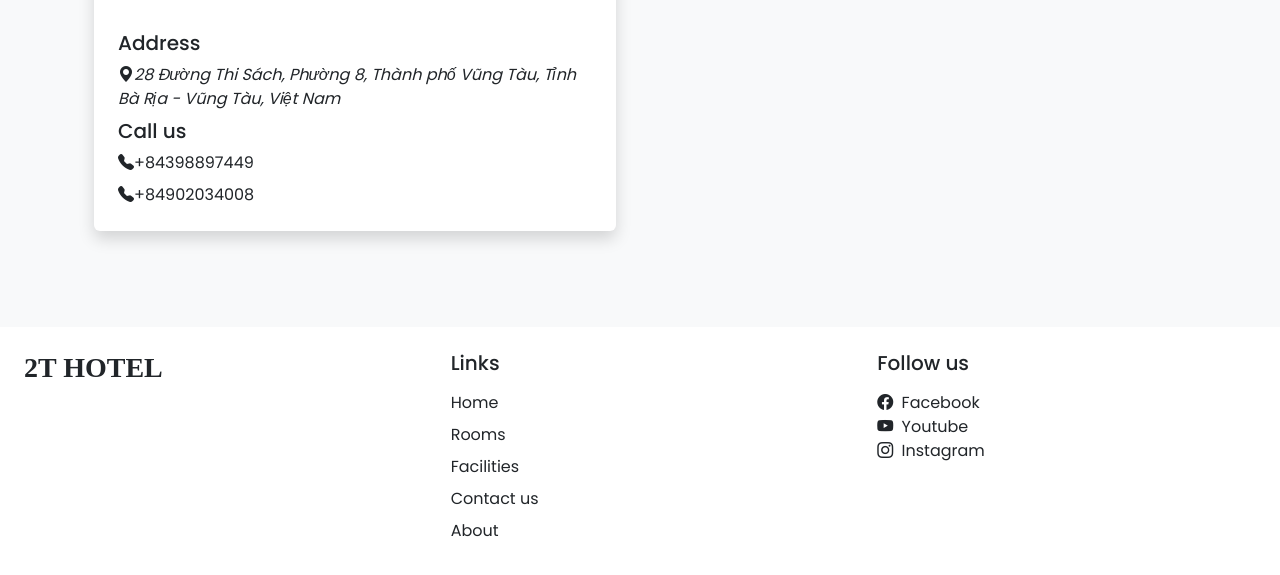
Repository: TaTongThanh2003/DoAnCoSo2024_BookingHotelWebsite
Page: http://localhost/WebsiteBookingHotel/contact.php
The author's editor kept a copy of each file at every save. The page is drawn from the files as they stood at one save, then again after the next save.
The browser window is 1280 px wide. The pictures show the part of the page from y = 604 to 1195 px (the page is 1179 px tall before and 1195 px after).
Some web fonts or font styles are not loaded; a fallback is used. The page is run by PHP 8.4 with error messages shown; the project is at /var/www/html/.

Above is the page before, as saved 2024-03-22 14:37:48.

### WebsiteBookingHotel/contact.php
<!DOCTYPE html>
<html lang="en">

<head>
    <meta charset="UTF-8">
    <meta http-equiv="X-UA-Compatible" content="IE-edge">
    <meta name="viewport" content="width=device-width, initial-scale=1.0">
    <title>2T Hotel - CONTACT</title>
    <?php require('inc/links.php'); ?>
    <style>
    .pop:hover {
        border-top-color: var(--teal) !important;
        transform: scale(1.03);
        transition: all 0.3s;
    }
    </style>
    <link rel="stylesheet" href="https://cdn.jsdelivr.net/npm/swiper@11/swiper-bundle.min.css" />
    <style>
    @media screen and (max-width: 575px) {
        .availability-form {
            margin: 25px;
            padding: 0 35px;
        }
    }
    </style>
</head>

<body class="bg-light">
    <?php require('inc/header.php'); ?>

    <div class="my-5 px-4">
        <h2 class="fw-bold h-font text-center">CONTACT US</h2>
        <div class="h-line bg-dark"></div>
        <p>Lorem ipsum dolor sit amet consectetur adipisicing elit. Earum quae tempora placeat commodi nulla ipsam
            laborum quo <br> rerum autem nobis dolorum delectus at porro iste, odio rem? Ipsa, eos!</p>
    </div>
    <div class="container">
        <div class="row">
            <div class="col-lg-6 col-md-6 mb-5 px-4">
                <div class="bg-white rounded shadow p-4 ">
                    <iframe
                        src="https://www.google.com/maps/embed?pb=!1m18!1m12!1m3!1d1387.4586037672818!2d107.14647667339156!3d10.395697334627467!2m3!1f0!2f0!3f0!3m2!1i1024!2i768!4f13.1!3m3!1m2!1s0x31756fd4554f0cf5%3A0xb24fd23bf641fa40!2zVsWpbmcgVMOgdSwgQsOgIFLhu4thIC0gVsWpbmcgVMOgdSwgVmnhu4d0IE5hbQ!5e0!3m2!1svi!2s!4v1710661690680!5m2!1svi!2s"
                        class="w-100 rounded mb-4" height="320px" loading="lazy"
                        referrerpolicy="no-referrer-when-downgrade"></iframe>
                    <h5>Address</h5>
                    <a href="https://maps.app.goo.gl/TkpwJFueXijHawj1A" target="_blank"
                        class="d-inline-block text-decoration-none text-dark mb-2">
                        <i class="bi bi-geo-alt-fill">28 Đường Thi Sách, Phường 8, Thành phố Vũng Tàu,
                            Tỉnh Bà Rịa - Vũng Tàu, Việt Nam</i>
                    </a>
                    <h5>Call us</h5>
                    <a href="tel: +84398897449" class="d-inline-block mb-2 text-decoration-none text-dark">
                        <i class="bi bi-telephone-fill"></i>+84398897449
                    </a>
                    <br>
                    <a href="tel: +84902034008" class="d-inline-block text-decoration-none text-dark">
                        <i class="bi bi-telephone-fill"></i>+84902034008
                    </a>
                </div>
            </div>
            <div class="col-lg-6 col-md-6 mb-5 px-4">
                <div class="bg-white rounded shadow p-4 border-top border-4 border-dark pop">
                    <div class="d-flex align-items-center mb-2">
                        <img src="images/facilities/Wifi.svg" alt="" width="40px">
                        <h5 class="m-0 ms-3">Wifi</h5>
                    </div>
                    <p>Lorem ipsum dolor sit amet, consectetur <br> adipisicing elit. Obcaecati totam suscipit fugit
                        rerum
                        dolorem temporibus?</p>
                </div>
            </div>

        </div>
    </div>

    <!-- footer -->
    <?php require('inc/footer.php'); ?>




    <!-- <script src="https://cdn.jsdelivr.net/npm/swiper@11/swiper-bundle.min.js"></script>
    <script src="https://cdn.jsdelivr.net/npm/bootstrap@5.3.3/dist/js/bootstrap.bundle.min.js"
        integrity="sha384-YvpcrYf0tY3lHB60NNkmXc5s9fDVZLESaAA55NDzOxhy9GkcIdslK1eN7N6jIeHz" crossorigin="anonymous">
    </script> -->
    <!-- <script>
    var swiper = new Swiper(".swiper-container", {
        spaceBetween: 30,
        effect: "fade",
        loop: true,
        autoplay: {
            delay: 3500,
            disableOnInteraction: false,
        }
    });
    var swiper = new Swiper(".swiper-testimonials", {
        effect: "coverflow",
        grabCursor: true,
        centeredSlides: true,
        slidesPerView: "auto",
        slidesPerView: "3",
        loop: true,
        coverflowEffect: {
            rotate: 50,
            stretch: 0,
            depth: 100,
            modifier: 1,
            slideShadows: false,
        },
        pagination: {
            el: ".swiper-pagination",
        },
        breakpoints: {
            320: {
                slidesPerView: 1,
            },
            640: {
                slidesPerView: 1,
            },
            768: {
                slidesPerView: 2,
            },
            1024: {
                slidesPerView: 3,
            },
        }
    });
    </script> -->
</body>

</html>

### WebsiteBookingHotel/inc/links.php
<link href="https://cdn.jsdelivr.net/npm/bootstrap@5.3.3/dist/css/bootstrap.min.css" rel="stylesheet"
    integrity="sha384-QWTKZyjpPEjISv5WaRU9OFeRpok6YctnYmDr5pNlyT2bRjXh0JMhjY6hW+ALEwIH" crossorigin="anonymous">
<link href="https://fonts.googleapis.com/css2?family=Merienda:wght@400;700&family=Poppins:wght@400;500;600&display=swap"
    rel="stylesheet">
<link rel="stylesheet" href="https://cdn.jsdelivr.net/npm/bootstrap-icons@1.11.3/font/bootstrap-icons.min.css">
<link rel="stylesheet" href="css/common.css">

### WebsiteBookingHotel/inc/header.php
<nav class="navbar navbar-expand-lg navbar-light bg-white px-lg-3 py-lg-2 shadow-sm sticky-top">
    <div class="container-fluid">
        <a class="navbar-brand me-5 fw-bold fs-3 h-font" href="index.php">2T Hotel</a>
        <button class="navbar-toggler shadow-none" type="button" data-bs-toggle="collapse"
            data-bs-target="#navbarSupportedContent" aria-controls="navbarSupportedContent" aria-expanded="false"
            aria-label="Toggle navigation">
            <span class="navbar-toggler-icon"></span>
        </button>
        <div class="collapse navbar-collapse" id="navbarSupportedContent">
            <ul class="navbar-nav me-auto mb-2 mb-lg-0">
                <li class="nav-item">
                    <a class="nav-link active" aria-current="page" href="index.php">Home</a>
                </li>
                <li class="nav-item">
                    <a class="nav-link" href="#">Rooms</a>
                </li>
                <li class="nav-item">
                    <a class="nav-link" href="facilities.php">Facilities</a>
                </li>
                <li class="nav-item">
                    <a class="nav-link" href="contact.php">Contact us</a>
                </li>
                <li class="nav-item">
                    <a class="nav-link" href="about.php">About</a>
                </li>
            </ul>
            <div class="d-flex">
                <button type="button" class="btn btn-outline-dark shadow-none me-lg-3 me-2" data-bs-toggle="modal"
                    data-bs-target="#loginModal">
                    Login
                </button>
                <button type="button" class="btn btn-outline-dark shadow-none " data-bs-toggle="modal"
                    data-bs-target="#registerModal">
                    Register
                </button>
            </div>
        </div>
    </div>
</nav>

<!-- login -->
<div class="modal fade" id="loginModal" data-bs-backdrop="static" data-bs-keyboard="false" tabindex="-1"
    aria-labelledby="staticBackdropLabel" aria-hidden="true">
    <div class="modal-dialog">
        <div class="modal-content">
            <form>
                <div class="modal-header">
                    <h5 class="modal-title d-flex align-item-center">
                        <i class="bi bi-person-circle fs-5 me-2"></i> User login
                    </h5>
                    <button type="reset" class="btn-close shadow-none" data-bs-dismiss="modal"
                        aria-label="Close"></button>
                </div>
                <div class="modal-body">
                    <div class="mb-3">
                        <label class="form-label">Email address</label>
                        <input type="email" class="form-control shadow-none">
                    </div>
                    <div class="mb-4">
                        <label class="form-label">Password</label>
                        <input type="password" class="form-control shadow-none">
                    </div>
                    <div class="d-flex align-items-center justify-content-between mb-2">
                        <button type="submit" class="btn btn-dark shadow-none">LOGIN</button>
                        <a href="javascript: void(0)" class="text-secondary text-decoration-none">Forgot
                            Password?</a>
                    </div>
                </div>
            </form>
        </div>
    </div>
</div>

<!-- Register -->
<div class="modal fade" id="registerModal" data-bs-backdrop="static" data-bs-keyboard="false" tabindex="-1"
    aria-labelledby="staticBackdropLabel" aria-hidden="true">
    <div class="modal-dialog modal-lg">
        <div class="modal-content">
            <form>
                <div class="modal-header">
                    <h5 class="modal-title d-flex align-item-center">
                        <i class="bi bi-person-lines-fill fs-5 me-2"></i>
                        User Registration
                    </h5>
                    <button type="reset" class="btn-close shadow-none" data-bs-dismiss="modal"
                        aria-label="Close"></button>
                </div>
                <div class="modal-body">
                    <span class="badge rounded-pill bg-light text-dark mb-3 text-wrap lh-base">
                        Note: Your details must match with your ID (Aadhar card, passport, driving license, etc.)
                        that will be required dring check-in.
                    </span>
                    <div class="container-fluid">
                        <div class="row">
                            <!-- Name -->
                            <div class="col-md-6 ps-0 mb-3">
                                <label class="form-label">Name</label>
                                <input type="text" class="form-control shadow-none">
                            </div>
                            <!-- Email -->
                            <div class="col-md-6 p-0 mb-3">
                                <label class="form-label">Email</label>
                                <input type="email" class="form-control shadow-none">
                            </div>
                            <!-- Phone Number -->
                            <div class="col-md-6 ps-0 mb-3">
                                <label class="form-label">Phone Number</label>
                                <input type="number" class="form-control shadow-none">
                            </div>
                            <!-- Picture -->
                            <div class="col-md-6 p-0 mb-3">
                                <label class="form-label">Picture</label>
                                <input type="file" class="form-control shadow-none">
                            </div>
                            <!-- Address -->
                            <div class="col-md-12 p-0 mb-3">
                                <label class="form-label">Address</label>
                                <textarea class="form-control shadow-none" rows="1"></textarea>
                            </div>
                            <!-- Pincode -->
                            <div class="col-md-6 ps-0 mb-3">
                                <label class="form-label">Pincode</label>
                                <input type="number" class="form-control shadow-none">
                            </div>
                            <!-- Date of birth -->
                            <div class="col-md-6 p-0 mb-3">
                                <label class="form-label">Date of birth</label>
                                <input type="date" class="form-control shadow-none">
                            </div>
                            <!-- Password -->
                            <div class="col-md-6 ps-0 mb-3">
                                <label class="form-label">Password</label>
                                <input type="password" class="form-control shadow-none">
                            </div>
                            <!-- Comfirm Password -->
                            <div class="col-md-6 p-0 mb-3">
                                <label class="form-label">Comfirm Password</label>
                                <input type="password" class="form-control shadow-none">
                            </div>
                        </div>
                    </div>
                    <div class="text-center my-1">
                        <button type="submit" class="btn btn-dark shadow-none">REGISTER</button>
                    </div>
                </div>
            </form>
        </div>
    </div>
</div>

### WebsiteBookingHotel/inc/footer.php
<div class="container-fluid bg-white mt-5">
    <div class="row">
        <div class="col-lg-4 p-4">
            <h3 class="h-font fw-bold fs-3">2T HOTEL</h3>
            <p>

            </p>
        </div>
        <div class="col-lg-4 p-4">
            <h5 class="mb-3">Links</h5>
            <a href="#" class="d-inline-block mb-2 text-dark text-decoration-none">Home</a><br>
            <a href="#" class="d-inline-block mb-2 text-dark text-decoration-none">Rooms</a><br>
            <a href="#" class="d-inline-block mb-2 text-dark text-decoration-none">Facilities</a><br>
            <a href="#" class="d-inline-block mb-2 text-dark text-decoration-none">Contact us</a><br>
            <a href="#" class="d-inline-block mb-2 text-dark text-decoration-none">About</a>
        </div>
        <div class="col-lg-4 p-4">
            <h5 class="mb-3">Follow us</h5>
            <a href="#" class="d-inline-block text-dark text-decoration-none md-2">
                <i class="bi bi-facebook me-1"></i> Facebook
            </a><br>
            <a href="#" class="d-inline-block text-dark text-decoration-none md-2">
                <i class="bi bi-youtube me-1"></i> Youtube
            </a><br>
            <a href="#" class="d-inline-block text-dark text-decoration-none ">
                <i class="bi bi-instagram me-1"></i> Instagram
            </a><br>
        </div>
    </div>
</div>

### WebsiteBookingHotel/css/common.css
:root{
    --teal: #2ec1ac;
    --teal_hover: #279e8c;
}

* {
    font-family: 'Poppins', sans-serif;
}

.h-font {
    font-family: 'Merienda', cursive;
}

input::-webkit-outer-spin-button,
input::-webkit-inner-spin-button {
    -webkit-appearance: none;
    margin: 0;
}

/* input[type=number] {
    -moz-appearance: textfield;
} */

.custom-bg {
    background-color: var(--teal);
    border: 1px solid var(--teal);
}

.custom-bg:hover {
    background-color: var(--teal_hover);
    border-color: var(--teal_hover);
}

.availability-form {
    margin-top: -50px;
    z-index: 2;
    position: relative;
}
.h-line{
    width: 150px ;
    margin: 0 auto;
    height: 1.7px;
}

### WebsiteBookingHotel/images/facilities/Wifi.svg
<?xml version="1.0" encoding="iso-8859-1"?>
<!-- Generator: Adobe Illustrator 19.0.0, SVG Export Plug-In . SVG Version: 6.00 Build 0)  -->
<svg version="1.1" id="Capa_1" xmlns="http://www.w3.org/2000/svg" xmlns:xlink="http://www.w3.org/1999/xlink" x="0px" y="0px"
	 viewBox="0 0 494.45 494.45" style="enable-background:new 0 0 494.45 494.45;" xml:space="preserve">
<g>
	<g>
		<g>
			<path d="M395.225,277.325c-6.8,0-13.5-2.6-18.7-7.8c-71.4-71.3-187.4-71.3-258.8,0c-10.3,10.3-27.1,10.3-37.4,0
				s-10.3-27.1,0-37.4c92-92,241.6-92,333.6,0c10.3,10.3,10.3,27.1,0,37.4C408.725,274.725,401.925,277.325,395.225,277.325z"/>
		</g>
		<g>
			<path d="M323.625,348.825c-6.8,0-13.5-2.6-18.7-7.8c-15.4-15.4-36-23.9-57.8-23.9s-42.4,8.5-57.8,23.9
				c-10.3,10.3-27.1,10.3-37.4,0c-10.3-10.3-10.3-27.1,0-37.4c25.4-25.4,59.2-39.4,95.2-39.4s69.8,14,95.2,39.5
				c10.3,10.3,10.3,27.1,0,37.4C337.225,346.225,330.425,348.825,323.625,348.825z"/>
		</g>
		<g>
			<circle cx="247.125" cy="398.925" r="35.3"/>
		</g>
		<g>
			<path d="M467.925,204.625c-6.8,0-13.5-2.6-18.7-7.8c-111.5-111.4-292.7-111.4-404.1,0c-10.3,10.3-27.1,10.3-37.4,0
				s-10.3-27.1,0-37.4c64-64,149-99.2,239.5-99.2s175.5,35.2,239.5,99.2c10.3,10.3,10.3,27.1,0,37.4
				C481.425,202.025,474.625,204.625,467.925,204.625z"/>
		</g>
	</g>
</g>
<g>
</g>
<g>
</g>
<g>
</g>
<g>
</g>
<g>
</g>
<g>
</g>
<g>
</g>
<g>
</g>
<g>
</g>
<g>
</g>
<g>
</g>
<g>
</g>
<g>
</g>
<g>
</g>
<g>
</g>
</svg>

After the next save:
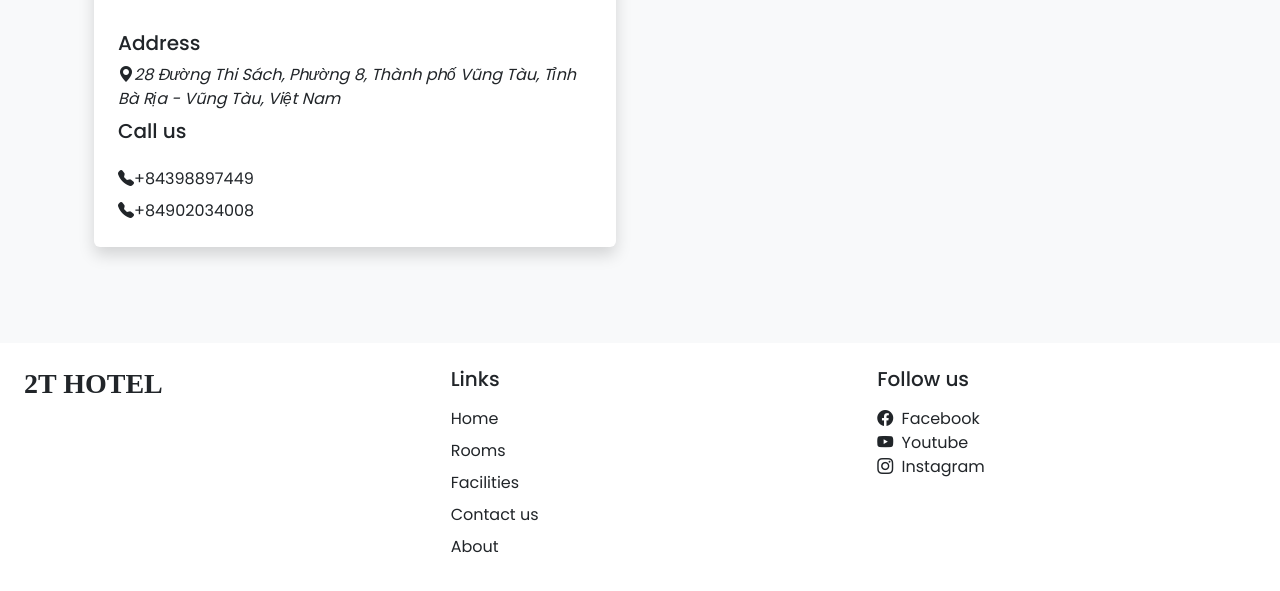
Saved 10 s later.
--- a/WebsiteBookingHotel/contact.php
+++ b/WebsiteBookingHotel/contact.php
@@ -48,7 +48,7 @@
                         <i class="bi bi-geo-alt-fill">28 Đường Thi Sách, Phường 8, Thành phố Vũng Tàu,
                             Tỉnh Bà Rịa - Vũng Tàu, Việt Nam</i>
                     </a>
-                    <h5>Call us</h5>
+                    <h5 class="mb-4">Call us</h5>
                     <a href="tel: +84398897449" class="d-inline-block mb-2 text-decoration-none text-dark">
                         <i class="bi bi-telephone-fill"></i>+84398897449
                     </a>
